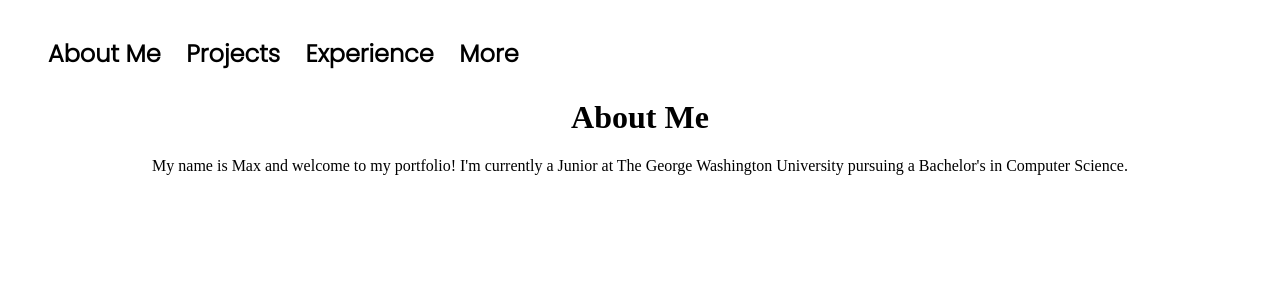
Repository: notMaximilian/maximilianaquino.github.io
Page: about.html
These files come from the project's save history. The page is drawn as it stood at one moment and after the next save; the edit follows.
The browser window is 1280 px wide. The pictures show the whole page.

Above is the page before, as saved 2022-02-10 09:44:47.

After the next save:
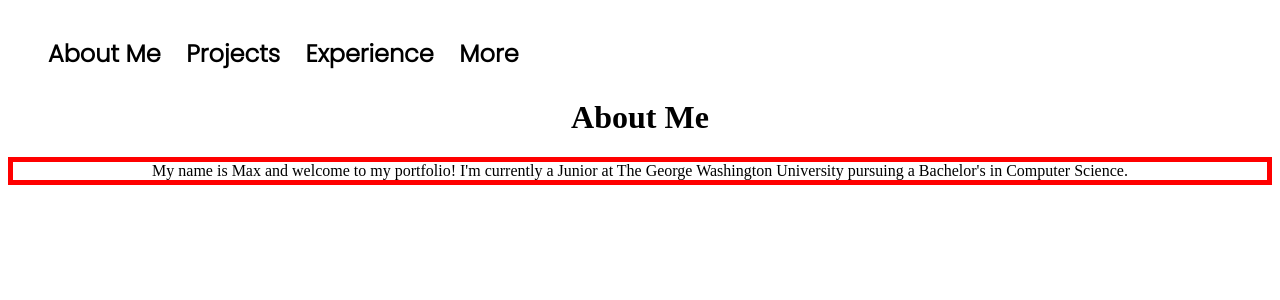
Saved 23 s later.
--- a/css/subpage.css
+++ b/css/subpage.css
@@ -37,5 +37,5 @@ h1{
 
 p{
     text-align: center;
-    border-color: black;
+    border: 5px solid red;
 }
